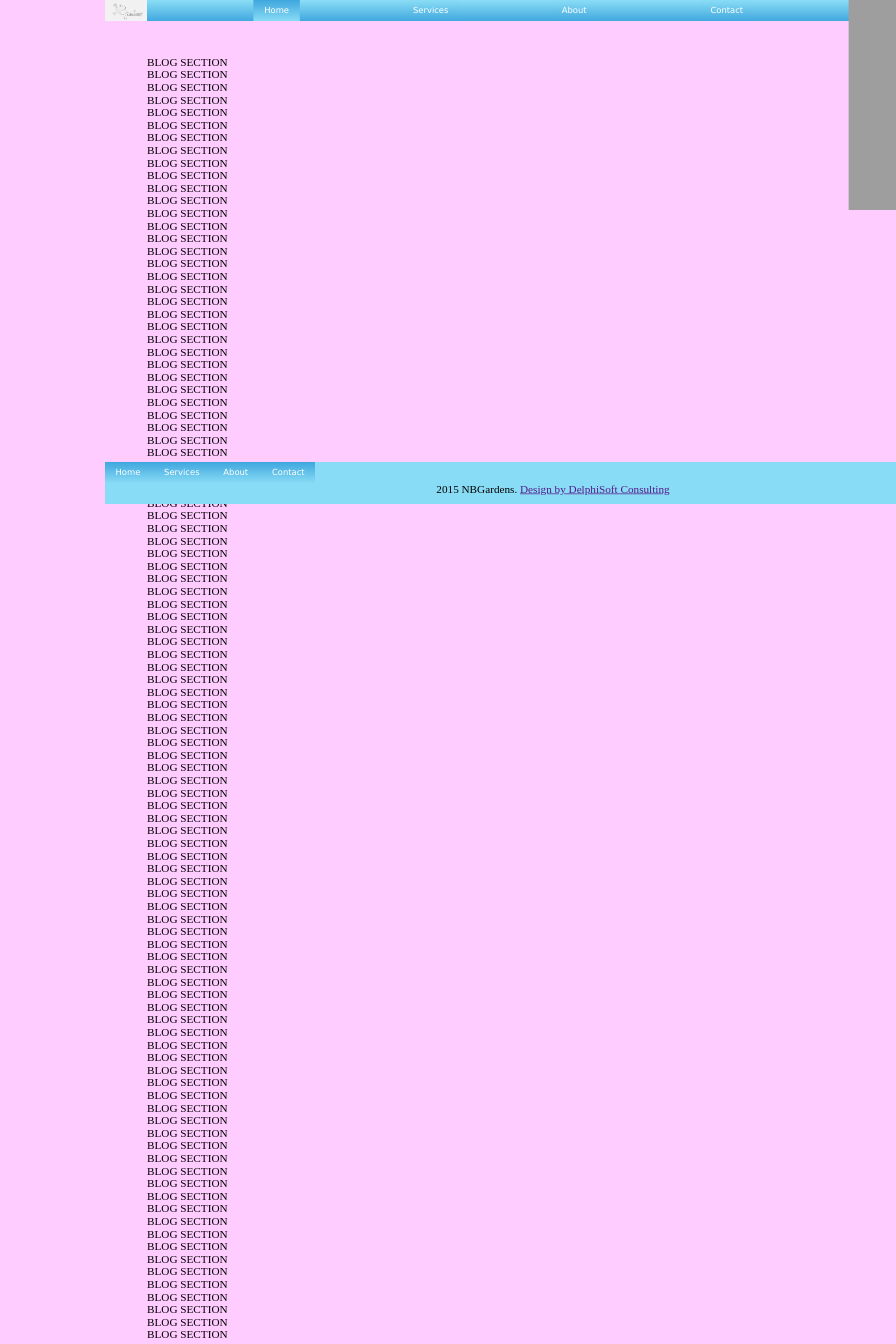
Repository: GAndrews13/BlueGardens
Page: BlueGardensEESystem/src/main/webapp/templates/template.html
These files come from the project's save history. The page is drawn as it stood at one moment and after a run of saves; the edit follows.
The browser window is 1280 px wide. The pictures show the part of the page from y = 0 to 1920 px (the page is 2912 px tall), at 70% of full size.
Pictures or frames that could not be fetched are drawn as grey boxes.

Above is the page before, as saved 2015-07-21 14:03:27.

### BlueGardensEESystem/src/main/webapp/templates/template.html
<!DOCTYPE html>
<html 	xmlns="http://www.w3.org/1999/xhtml"
		xmlns:ui="http://java.sun.com/jsf/facelets"
		xmlns:h="http://java.sun.com/jsf/html">
<header>
	<!--<link rel="stylesheet" type="text/css" href="layout.css">-->
	<meta charset="ISO-8859-1">
	<link rel="stylesheet" type="text/css" href="../style.css">
	<title><ui:insert name = "pagetitle"/></title>
</header>
<body>
	<div class="site-header">
		<h1 id="logo">
			<a href = ""><!--LOGO ADD--></a>
		</h1>
		<div id="navigation">
			<ul class="menu">
			  	<li> <img src="../images/NB-Gardens.png" width=60px height=30px/> </li>
			  	<li><a href="/home" class="active"><span>Home</span></a></li>
			  	<li><a href="/services"><span>Services</span></a></li>
			  	<li><a href="/about"><span>About</span></a></li>
			  	<li><a href="/contact"><span>Contact</span></a></li>
			  	<li>
			  		<form target="paypal" action="https://www.paypal.com/cgi-bin/webscr" method="post">
	   					<input type="hidden" name="business" value="garethedwardfrankandrews@hotmail.com"/>
		    					<input type="hidden" name="cmd" value="_cart"/>
	    				<input type="hidden" name="display" value="1"/>
	   					<input type="image" name="submit" border="0" src="https://www.paypalobjects.com/en_US/i/btn/btn_viewcart_LG.gif" alt="PayPal - The safer, easier way to pay online"/>
	   					<img alt="" border="0" width="1" height="1"     src="https://www.paypalobjects.com/en_US/i/scr/pixel.gif" />
					</form>
				</li>
			</ul>
		</div>
	</div>

	<div class="page-wrap">
		<div id="contentHeader">
			<ui:insert name="sectiontitle"/>
		</div>
		<div class="content">
			<div id="sidebarRight">
				BLOG SECTION
				<br>
				BLOG SECTION
				<br>
				BLOG SECTION
				<br>
				BLOG SECTION
				<br>
				BLOG SECTION
				<br>
				BLOG SECTION
				<br>
				BLOG SECTION
				<br>
				BLOG SECTION
				<br>
				BLOG SECTION
				<br>
				BLOG SECTION
				<br>
				BLOG SECTION
				<br>
				BLOG SECTION
				<br>
				BLOG SECTION
				<br>
				BLOG SECTION
				<br>
				BLOG SECTION
				<br>
				BLOG SECTION
				<br>
				BLOG SECTION
				<br>
				BLOG SECTION
				<br>
				BLOG SECTION
				<br>
				BLOG SECTION
				<br>
				BLOG SECTION
				<br>
				BLOG SECTION
				<br>
				BLOG SECTION
				<br>
				BLOG SECTION
				<br>
				BLOG SECTION
				<br>
				BLOG SECTION
				<br>
				BLOG SECTION
				<br>
				BLOG SECTION
				<br>
				BLOG SECTION
				<br>
				BLOG SECTION
				<br>
				BLOG SECTION
				<br>
				BLOG SECTION
				<br>
				BLOG SECTION
				<br>
				BLOG SECTION
				<br>
				BLOG SECTION
				<br>
				BLOG SECTION
				<br>
				BLOG SECTION
				<br>
				BLOG SECTION
				<br>
				BLOG SECTION
				<br>
				BLOG SECTION
				<br>
				BLOG SECTION
				<br>
				BLOG SECTION
				<br>
				BLOG SECTION
				<br>
				BLOG SECTION
				<br>
				BLOG SECTION
				<br>
				BLOG SECTION
				<br>
				BLOG SECTION
				<br>
				BLOG SECTION
				<br>
				BLOG SECTION
				<br>
				BLOG SECTION
				<br>
				BLOG SECTION
				<br>
				BLOG SECTION
				<br>
				BLOG SECTION
				<br>
				BLOG SECTION
				<br>
				BLOG SECTION
				<br>
				BLOG SECTION
				<br>
				BLOG SECTION
				<br>
				BLOG SECTION
				<br>
				BLOG SECTION
				<br>
				BLOG SECTION
				<br>
				BLOG SECTION
				<br>
				BLOG SECTION
				<br>
				BLOG SECTION
				<br>
				BLOG SECTION
				<br>
				BLOG SECTION
				<br>
				BLOG SECTION
				<br>
				BLOG SECTION
				<br>
				BLOG SECTION
				<br>
				BLOG SECTION
				<br>
				BLOG SECTION
				<br>
				BLOG SECTION
				<br>
				BLOG SECTION
				<br>
				BLOG SECTION
				<br>
				BLOG SECTION
				<br>
				BLOG SECTION
				<br>
				BLOG SECTION
				<br>
				BLOG SECTION
				<br>
				BLOG SECTION
				<br>
				BLOG SECTION
				<br>
				BLOG SECTION
				<br>
				BLOG SECTION
				<br>
				BLOG SECTION
				<br>
				BLOG SECTION
				<br>
				BLOG SECTION
				<br>
				BLOG SECTION
				<br>
				BLOG SECTION
				<br>
				BLOG SECTION
				<br>
				BLOG SECTION
				<br>
				BLOG SECTION
				<br>
				BLOG SECTION
				<br>
				BLOG SECTION
				<br>
				BLOG SECTION
				<br>
				BLOG SECTION
				<br>
				BLOG SECTION
				<br>
				BLOG SECTION
				<br>
				BLOG SECTION
				<br>
				BLOG SECTION
				<br>
				BLOG SECTION
				<br>
				BLOG SECTION
				<br>
				BLOG SECTION
				<br>
				BLOG SECTION
				<br>
				BLOG SECTION
				<br>
				BLOG SECTION
				<br>
				BLOG SECTION
				<br>
				BLOG SECTION
				<br>
				BLOG SECTION
				<br>
				BLOG SECTION
				<br>
				BLOG SECTION
				<br>
				BLOG SECTION
				<br>
				BLOG SECTION
				<br>
				BLOG SECTION
				<br>
				BLOG SECTION
				<br>
				BLOG SECTION
				<br>
				BLOG SECTION
				<br>
				BLOG SECTION
				<br>
				BLOG SECTION
				<br>
				BLOG SECTION
				<br>
				BLOG SECTION
				<br>
				BLOG SECTION
				<br>
				BLOG SECTION
				<br>
				BLOG SECTION
				<br>
				BLOG SECTION
				<br>
				BLOG SECTION
				<br>
				BLOG SECTION
				<br>
				BLOG SECTION
				<br>
				BLOG SECTION
				<br>
				BLOG SECTION
				<br>
				BLOG SECTION
				<br>
				BLOG SECTION
				<br>
				BLOG SECTION
				<br>
				BLOG SECTION
				<br>
				BLOG SECTION
				<br>
				BLOG SECTION
				<br>
				BLOG SECTION
				<br>
				BLOG SECTION
				<br>
				BLOG SECTION
				<br>
				BLOG SECTION
				<br>
				BLOG SECTION
				<br>
				BLOG SECTION
				<br>
				BLOG SECTION
				<br>
				BLOG SECTION
				<br>
				BLOG SECTION
				<br>
				BLOG SECTION
				<br>
				BLOG SECTION
				<br>
				BLOG SECTION
				<br>
				BLOG SECTION
				<br>
				BLOG SECTION
				<br>
				BLOG SECTION
				<br>
				BLOG SECTION
				<br>
				BLOG SECTION
				<br>
				BLOG SECTION
				<br>
				BLOG SECTION
				<br>
				BLOG SECTION
				<br>
				BLOG SECTION
				<br>
			</div>
			<ui:insert name="body"/>
		</div>
	</div>

	<footer class="site-footer">
	  <div>
			<div>
				<ul class="bottommenu">
				  <li><a href="/home" class="active"><span>Home</span></a></li>
				  <li><a href="/services"><span>Services</span></a></li>
				  <li><a href="/about"><span>About</span></a></li>
				  <li><a href="/contact"><span>Contact</span></a></li>
				</ul>
			</div>
		</div>
		<div class="center">
			2015 NBGardens.
			<a href="">Design by DelphiSoft Consulting</a>
		</div>
	</footer>
</body>
</html>

### BlueGardensEESystem/src/main/webapp/style.css

/* Generated via www.cssmenubuilder.com */

.menu{margin:0 auto; padding:0; height:30px; width:100%; display:block; background:url('topMenuImages.png') repeat-x;}
.menu li{padding:0; margin:0; list-style:none; display:inline; width:16.6%;float:left;}
.menu li a{float:left; padding-left:15px; display:block; color:rgb(255,255,255); text-decoration:none; font:12px Verdana, Arial, Helvetica, sans-serif; cursor:pointer; background:url('topMenuImages.png') 0px -30px no-repeat;}
.menu li a span{line-height:30px; float:left; display:block; padding-right:15px; background:url('topMenuImages.png') 100% -30px no-repeat;}
.menu li a:hover{background-position:0px -60px; color:rgb(255,255,255);}
.menu li a:hover span{background-position:100% -60px;}
.menu li a.active, .menu li a.active:hover{line-height:30px; font:12px Verdana, Arial, Helvetica, sans-serif; background:url('topMenuImages.png') 0px -90px no-repeat; color:rgb(255,255,255);}
.menu li a.active span, .menu li a.active:hover span{background:url('topMenuImages.png') 100% -90px no-repeat;}

/* Generated via www.cssmenubuilder.com */

.bottommenu{margin-bottom:875px auto; padding:0; height:30px; width:100%; display:block; background:url('bottomMenuImages.png') repeat-x; magin:0 auto; width:300px;}
.bottommenu li{padding:0; margin:0; list-style:none; display:inline-block;}
.bottommenu li a{float:left; padding-left:15px; display:inline-block; color:rgb(255,255,255); text-decoration:none; font:12px Verdana, Arial, Helvetica, sans-serif; cursor:pointer; background:url('bottomMenuImages.png') 0px -30px no-repeat;}
.bottommenu li a span{line-height:30px; float:left; display:block; padding-right:15px; background:url('bottomMenuImages.png') 100% -30px no-repeat;}
.bottommenu li a:hover{background-position:0px -60px; color:rgb(255,255,255);}
.bottommenu li a:hover span{background-position:100% -60px;}
.bottommenu li a.active, .menu li a.active:hover{line-height:30px; font:12px Verdana, Arial, Helvetica, sans-serif; background:url('bottomMenuImages.png') 0px -90px no-repeat; color:rgb(255,255,255);}
.bottommenu li a.active span, .menu li a.active:hover span{background:url('bottomMenuImages.png') 100% -90px no-repeat;}

.products {height: 350px; width: 200px; background-color: black; position: absolute;}
.product-info {border:solid 1px; font: 16px Verdana italic ; background-color: rgb(0 0 0); opacity: 0.4; filter: alpha(opacity = 40); }
.product-desc {border:solid 1px; font: 14px Verdana italic ; background-color: rgb(0 0 0); opacity: 0.4; filter: alpha(opacity = 40); }
#sale{text-transform: uppercase; color: white; text-shadow: 0.5px 0.5px blue; font-family: Comic Sans, Comic Sans MS, cursive;	}
*/
/* PRODUCT CATALOG GRID SYSTEM */
/*  SECTIONS  */
.section {
	clear: both;
	padding: 0px;
	margin: 0px;
}

/*  COLUMN SETUP  */
.col {
	display: block;
	float:left;
	margin: 1% 0 1% 1.6%;
}
.col:first-child { margin-left: 0em; }

/*  GROUPING  */
.group:before,
.group:after { content:""; display:table; }
.group:after { clear:both;}
.group { zoom:1; /* For IE 6/7 */ }

/*  GRID OF FOUR  */
.span_4_of_4 {
	width: 100%;
}
.span_3_of_4 {
	width: 74.6%;
}
.span_2_of_4 {
	width: 49.2%;
}
.span_1_of_4 {
	width: 23.8%;
}

/*  GO FULL WIDTH BELOW 480 PIXELS */
@media only screen and (max-width: 480px) {
	.col {  margin: 1% 0 1% 0%; }
	.span_1_of_4, .span_2_of_4, .span_3_of_4, .span_4_of_4 { width: 100%; }
}

body{
		color: black;
		background-color: #ffccff;
		margin-top: 20px;
		margin-bottom:20px;
		margin-left: 150px;
		margin-right: 150px;
		white-space: nowrap;
	}

	body2 {
		color: black;
		background-color: #ffccff;
		margin-top: 20px;
		margin-bottom:20px;
		margin-left: 150px;
		margin-right: 300px;
		white-space: nowrap;
	}




/* Sticky Footer code */
	* {
	margin: 0;
	}

	html, body {
    	height: 100%;
	}
	.page-wrap {
	padding: 60px;
	}

	.page-wrap:after {
  		content: "";
  		display: block;
	}

	.site-footer{
		height: 60px;
		background-color: #89dcf5;
		position:fixed;
		bottom:0;
		width: 100%;
	}

	.site-header{
		height: 60px;
		top: 0;
		position: fixed;
		width: 100%;
	}

	.leftStack{
		float:left;
		width:40%;
	}

	.center{
		text-align:center;
	}

	#companytitle{
		text-align:center;

	}

After the next 3 saves:
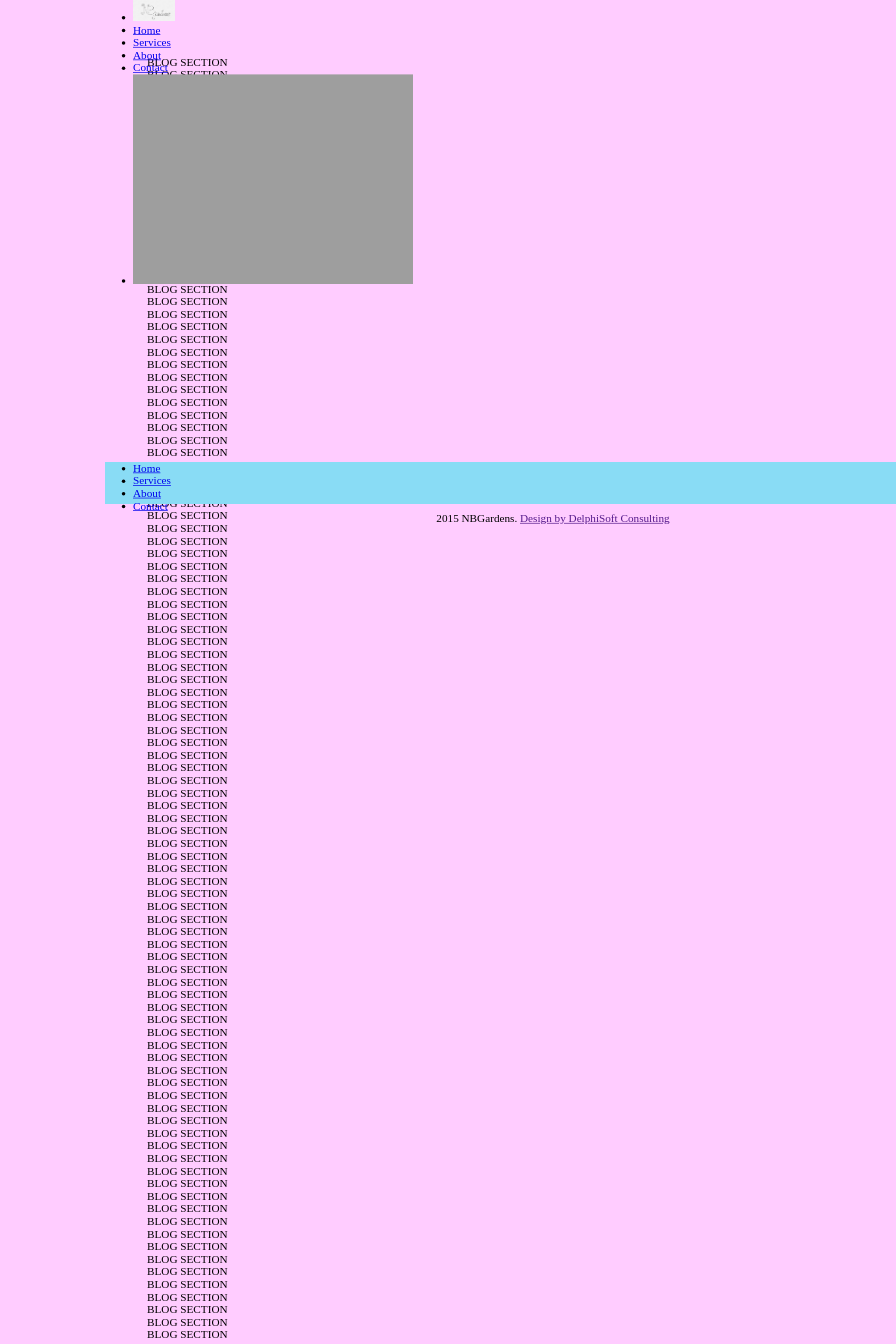
The 3 saves are shown as one change because they came seconds apart.
The last was saved 11 s later.
--- a/BlueGardensEESystem/src/main/webapp/style.css
+++ b/BlueGardensEESystem/src/main/webapp/style.css
@@ -1,6 +1,6 @@
 
 /* Generated via www.cssmenubuilder.com */
-
+/*
 .menu{margin:0 auto; padding:0; height:30px; width:100%; display:block; background:url('topMenuImages.png') repeat-x;}
 .menu li{padding:0; margin:0; list-style:none; display:inline; width:16.6%;float:left;}
 .menu li a{float:left; padding-left:15px; display:block; color:rgb(255,255,255); text-decoration:none; font:12px Verdana, Arial, Helvetica, sans-serif; cursor:pointer; background:url('topMenuImages.png') 0px -30px no-repeat;}
@@ -9,9 +9,9 @@
 .menu li a:hover span{background-position:100% -60px;}
 .menu li a.active, .menu li a.active:hover{line-height:30px; font:12px Verdana, Arial, Helvetica, sans-serif; background:url('topMenuImages.png') 0px -90px no-repeat; color:rgb(255,255,255);}
 .menu li a.active span, .menu li a.active:hover span{background:url('topMenuImages.png') 100% -90px no-repeat;}
-
+*/
 /* Generated via www.cssmenubuilder.com */
-
+/*
 .bottommenu{margin-bottom:875px auto; padding:0; height:30px; width:100%; display:block; background:url('bottomMenuImages.png') repeat-x; magin:0 auto; width:300px;}
 .bottommenu li{padding:0; margin:0; list-style:none; display:inline-block;}
 .bottommenu li a{float:left; padding-left:15px; display:inline-block; color:rgb(255,255,255); text-decoration:none; font:12px Verdana, Arial, Helvetica, sans-serif; cursor:pointer; background:url('bottomMenuImages.png') 0px -30px no-repeat;}

After the save that followed:
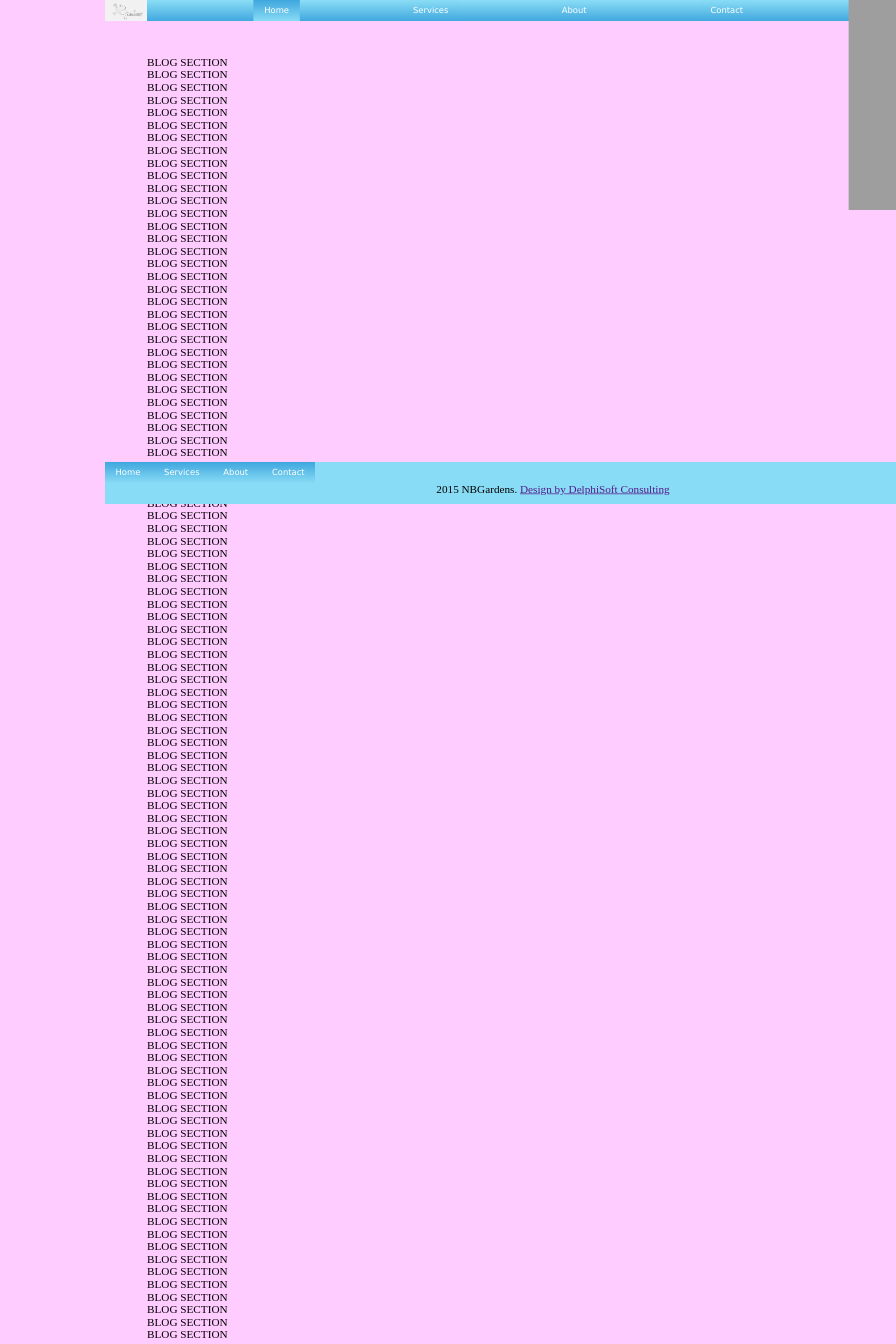
Saved 7 s later.
--- a/BlueGardensEESystem/src/main/webapp/style.css
+++ b/BlueGardensEESystem/src/main/webapp/style.css
@@ -1,6 +1,6 @@
+<!--
+/* Generated via www.cssmenubuilder.com */
 
-/* Generated via www.cssmenubuilder.com */
-/*
 .menu{margin:0 auto; padding:0; height:30px; width:100%; display:block; background:url('topMenuImages.png') repeat-x;}
 .menu li{padding:0; margin:0; list-style:none; display:inline; width:16.6%;float:left;}
 .menu li a{float:left; padding-left:15px; display:block; color:rgb(255,255,255); text-decoration:none; font:12px Verdana, Arial, Helvetica, sans-serif; cursor:pointer; background:url('topMenuImages.png') 0px -30px no-repeat;}
@@ -9,9 +9,9 @@
 .menu li a:hover span{background-position:100% -60px;}
 .menu li a.active, .menu li a.active:hover{line-height:30px; font:12px Verdana, Arial, Helvetica, sans-serif; background:url('topMenuImages.png') 0px -90px no-repeat; color:rgb(255,255,255);}
 .menu li a.active span, .menu li a.active:hover span{background:url('topMenuImages.png') 100% -90px no-repeat;}
-*/
+
 /* Generated via www.cssmenubuilder.com */
-/*
+
 .bottommenu{margin-bottom:875px auto; padding:0; height:30px; width:100%; display:block; background:url('bottomMenuImages.png') repeat-x; magin:0 auto; width:300px;}
 .bottommenu li{padding:0; margin:0; list-style:none; display:inline-block;}
 .bottommenu li a{float:left; padding-left:15px; display:inline-block; color:rgb(255,255,255); text-decoration:none; font:12px Verdana, Arial, Helvetica, sans-serif; cursor:pointer; background:url('bottomMenuImages.png') 0px -30px no-repeat;}
@@ -25,7 +25,6 @@
 .product-info {border:solid 1px; font: 16px Verdana italic ; background-color: rgb(0 0 0); opacity: 0.4; filter: alpha(opacity = 40); }
 .product-desc {border:solid 1px; font: 14px Verdana italic ; background-color: rgb(0 0 0); opacity: 0.4; filter: alpha(opacity = 40); }
 #sale{text-transform: uppercase; color: white; text-shadow: 0.5px 0.5px blue; font-family: Comic Sans, Comic Sans MS, cursive;	}
-*/
 /* PRODUCT CATALOG GRID SYSTEM */
 /*  SECTIONS  */
 .section {
